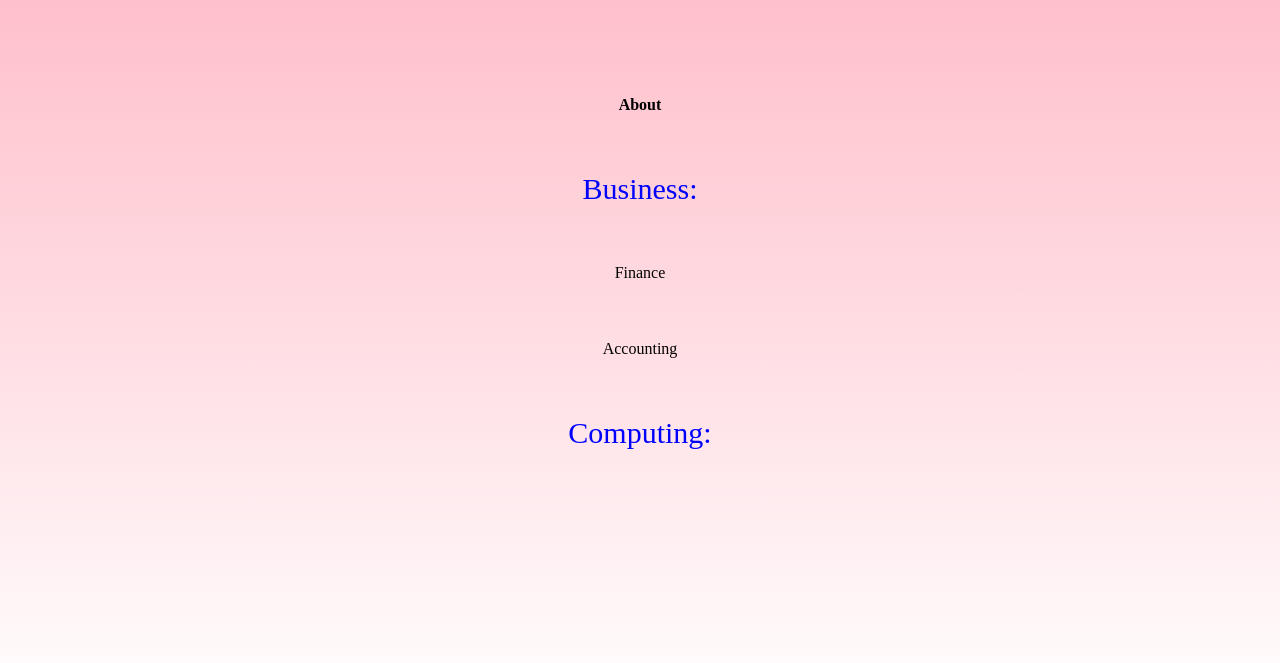
Repository: anoncoderin/madhu-assignment3
Page: /
An editor plug-in stored every save of this project. The page is shown before and after the next save, followed by the edit.
The browser window is 1280 px wide. The pictures show the whole page.
The project was rebuilt for these pictures with package versions that can differ from the ones it lists, and the page was loaded fresh each time. The framework's server and built-in components were replaced by stand-ins that run in the browser. Also part of the build but not shown: next.config.js.

Above is the page before, as saved 2023-01-21 11:05:28.

### pages/index.js
import Head from 'next/head'
import Image from 'next/image'
import { Inter } from '@next/font/google'
import styles from '@/styles/Home.module.css'
import { useState } from 'react'
import data from '../data/education.json'
import Link from 'next/link'
import Card from '../components/Card'

export default function Home() {
  console.log(data);
  const [information, setInformation] = useState([...data])
  return (
    <>
      <Head>

      </Head>
      <main className={styles.main}>

        <p>
          <Link href="about"><b>About</b></Link>
        </p>

      <div className={styles.heading}>Business:</div>
      {
        information && information.map((info, index)=>{
          if(info.department === "Business"){
            return(
              <div key={index}> {info.degree}</div>
            )
          }
        })
      }
      <div className={styles.heading}>Computing:</div>
      {
        information && information.map((info, index)=>{
          if(info.department === "Computing"){
            return(
              <Card key={index} degree={info.degree}></Card>
            )
          }
        })
      }

      </main>
    </>
  )
}

### styles/globals.css
:root {
  --max-width: 1100px;
  --border-radius: 12px;
  --font-mono: ui-monospace, Menlo, Monaco, 'Cascadia Mono', 'Segoe UI Mono',
    'Roboto Mono', 'Oxygen Mono', 'Ubuntu Monospace', 'Source Code Pro',
    'Fira Mono', 'Droid Sans Mono', 'Courier New', monospace;

  --foreground-rgb: 0, 0, 0;
  --background-start-rgb: 255, 192, 203;
  --background-end-rgb: 255, 255, 255;

  --primary-glow: conic-gradient(
    from 180deg at 50% 50%,
    hsla(78, 61%, 87%, 0.2) 0deg,
    #0885ff33 55deg,
    #54d6ff33 120deg,
    #0071ff33 160deg,
    transparent 360deg
  );
  --secondary-glow: radial-gradient(
    rgba(255, 255, 255, 1),
    rgba(255, 255, 255, 0)
  );

  --tile-start-rgb: 239, 245, 249;
  --tile-end-rgb: 228, 232, 233;
  --tile-border: conic-gradient(
    #00000080,
    #00000040,
    #00000030,
    #00000020,
    #00000010,
    #00000010,
    #00000080
  );

  --callout-rgb: 238, 240, 241;
  --callout-border-rgb: 172, 175, 176;
  --card-rgb: 180, 185, 188;
  --card-border-rgb: 131, 134, 135;
}

@media (prefers-color-scheme: dark) {
  :root {
    --foreground-rgb: 255, 255, 255;
    --background-start-rgb: 0, 0, 0;
    --background-end-rgb: 0, 0, 0;

    --primary-glow: radial-gradient(rgba(1, 65, 255, 0.4), rgba(1, 65, 255, 0));
    --secondary-glow: linear-gradient(
      to bottom right,
      rgba(1, 65, 255, 0),
      rgba(1, 65, 255, 0),
      rgba(1, 65, 255, 0.3)
    );

    --tile-start-rgb: 2, 13, 46;
    --tile-end-rgb: 2, 5, 19;
    --tile-border: conic-gradient(
      #ffffff80,
      #ffffff40,
      #ffffff30,
      #ffffff20,
      #ffffff10,
      #ffffff10,
      #ffffff80
    );

    --callout-rgb: 20, 20, 20;
    --callout-border-rgb: 108, 108, 108;
    --card-rgb: 100, 100, 100;
    --card-border-rgb: 200, 200, 200;
  }
}

* {
  box-sizing: border-box;
  padding: 0;
  margin: 0;
}

html,
body {
  max-width: 100vw;
  overflow-x: hidden;
}

body {
  color: rgb(var(--foreground-rgb));
  background: linear-gradient(
      to bottom,
      transparent,
      rgb(var(--background-end-rgb))
    )
    rgb(var(--background-start-rgb));
}

a {
  color: inherit;
  text-decoration: none;
}

@media (prefers-color-scheme: dark) {
  html {
    color-scheme: dark;
  }
}

### styles/Home.module.css
.main {
  display: flex;
  flex-direction: column;
  justify-content: space-between;
  align-items: center;
  padding: 6rem;
  min-height: 100vh;
}

.heading{
  color: blue;
  font-size: 30px;
}

.degree{
  display: flex;
  flex-direction: column;

  gap: 5px;
}

.description {
  display: inherit;
  justify-content: inherit;
  align-items: inherit;
  font-size: 0.85rem;
  max-width: var(--max-width);
  width: 100%;
  z-index: 2;
  font-family: var(--font-mono);
}

.description a {
  display: flex;
  justify-content: center;
  align-items: center;
  gap: 0.5rem;
}

.description p {
  position: relative;
  margin: 0;
  padding: 1rem;
  background-color: rgba(var(--callout-rgb), 0.5);
  border: 1px solid rgba(var(--callout-border-rgb), 0.3);
  border-radius: var(--border-radius);
}

.code {
  font-weight: 700;
  font-family: var(--font-mono);
}

.grid {
  display: grid;
  grid-template-columns: repeat(4, minmax(25%, auto));
  width: var(--max-width);
  max-width: 100%;
}

.card {
  padding: 1rem 1.2rem;
  border-radius: var(--border-radius);
  background: rgba(var(--card-rgb), 0);
  border: 1px solid rgba(var(--card-border-rgb), 0);
  transition: background 200ms, border 200ms;
}

.card span {
  display: inline-block;
  transition: transform 200ms;
}

.card h2 {
  font-weight: 600;
  margin-bottom: 0.7rem;
}

.card p {
  margin: 0;
  opacity: 0.6;
  font-size: 0.9rem;
  line-height: 1.5;
  max-width: 30ch;
}

.center {
  display: flex;
  justify-content: center;
  align-items: center;
  position: relative;
  padding: 4rem 0;
}

.center::before {
  background: var(--secondary-glow);
  border-radius: 50%;
  width: 480px;
  height: 360px;
  margin-left: -400px;
}

.center::after {
  background: var(--primary-glow);
  width: 240px;
  height: 180px;
  z-index: -1;
}

.center::before,
.center::after {
  content: '';
  left: 50%;
  position: absolute;
  filter: blur(45px);
  transform: translateZ(0);
}

.logo,
.thirteen {
  position: relative;
}

.thirteen {
  display: flex;
  justify-content: center;
  align-items: center;
  width: 75px;
  height: 75px;
  padding: 25px 10px;
  margin-left: 16px;
  transform: translateZ(0);
  border-radius: var(--border-radius);
  overflow: hidden;
  box-shadow: 0px 2px 8px -1px #0000001a;
}

.thirteen::before,
.thirteen::after {
  content: '';
  position: absolute;
  z-index: -1;
}

/* Conic Gradient Animation */
.thirteen::before {
  animation: 6s rotate linear infinite;
  width: 200%;
  height: 200%;
  background: var(--tile-border);
}

/* Inner Square */
.thirteen::after {
  inset: 0;
  padding: 1px;
  border-radius: var(--border-radius);
  background: linear-gradient(
    to bottom right,
    rgba(var(--tile-start-rgb), 1),
    rgba(var(--tile-end-rgb), 1)
  );
  background-clip: content-box;
}

/* Enable hover only on non-touch devices */
@media (hover: hover) and (pointer: fine) {
  .card:hover {
    background: rgba(var(--card-rgb), 0.1);
    border: 1px solid rgba(var(--card-border-rgb), 0.15);
  }

  .card:hover span {
    transform: translateX(4px);
  }
}

@media (prefers-reduced-motion) {
  .thirteen::before {
    animation: none;
  }

  .card:hover span {
    transform: none;
  }
}

/* Mobile */
@media (max-width: 700px) {
  .content {
    padding: 4rem;
  }

  .grid {
    grid-template-columns: 1fr;
    margin-bottom: 120px;
    max-width: 320px;
    text-align: center;
  }

  .card {
    padding: 1rem 2.5rem;
  }

  .card h2 {
    margin-bottom: 0.5rem;
  }

  .center {
    padding: 8rem 0 6rem;
  }

  .center::before {
    transform: none;
    height: 300px;
  }

  .description {
    font-size: 0.8rem;
  }

  .description a {
    padding: 1rem;
  }

  .description p,
  .description div {
    display: flex;
    justify-content: center;
    position: fixed;
    width: 100%;
  }

  .description p {
    align-items: center;
    inset: 0 0 auto;
    padding: 2rem 1rem 1.4rem;
    border-radius: 0;
    border: none;
    border-bottom: 1px solid rgba(var(--callout-border-rgb), 0.25);
    background: linear-gradient(
      to bottom,
      rgba(var(--background-start-rgb), 1),
      rgba(var(--callout-rgb), 0.5)
    );
    background-clip: padding-box;
    backdrop-filter: blur(24px);
  }

  .description div {
    align-items: flex-end;
    pointer-events: none;
    inset: auto 0 0;
    padding: 2rem;
    height: 200px;
    background: linear-gradient(
      to bottom,
      transparent 0%,
      rgb(var(--background-end-rgb)) 40%
    );
    z-index: 1;
  }
}

/* Tablet and Smaller Desktop */
@media (min-width: 701px) and (max-width: 1120px) {
  .grid {
    grid-template-columns: repeat(2, 50%);
  }
}

@media (prefers-color-scheme: dark) {
  .vercelLogo {
    filter: invert(1);
  }

  .logo,
  .thirteen img {
    filter: invert(1) drop-shadow(0 0 0.3rem #ffffff70);
  }
}

@keyframes rotate {
  from {
    transform: rotate(360deg);
  }
  to {
    transform: rotate(0deg);
  }
}

### data/education.json
[
        {
            "studentNumber": "A0004567",
            "firstName": "Person 1",
            "gpa": 3.8,
            "department": "Business",
            "degree": "Finance",
            "graduted": 2014
        },
        {
            "studentNumber": "A0001234",
            "firstName": "Person 2",
            "gpa": 3.5,
            "department": "Business",
            "degree": "Accounting",
            "graduted": 2010
        },
        {
            "studentNumber": "A0007890",
            "firstName": "Person 3",
            "gpa": 3.2,
            "department": "Computing",
            "degree": "Applied Software Development Certificate",
            "graduted": 2018
        },
        {
            "studentNumber": "A0007828",
            "firstName": "Person 4",
            "gpa": 3.9,
            "department": "Computing",
            "degree": "Computer Systems Diploma",
            "graduted": 2021
        },
        {
            "studentNumber": "A0003425",
            "firstName": "Person 5",
            "gpa": 3.2,
            "department": "Computing",
            "degree": "Applied Computer Information Systems Certificate",
            "graduted": 2021
        }

]

### components/Card/index.js
export default function Card(
    {
        degree="none",
        color="purple",
        font=0,
        image='icon/personTwo.png'
    }
){
    return(
        <div  style={{backgroundcolor:color, fontSize:font }}>

           <p> {degree}
            {degree}</p>
        </div>
    )
}

Loaded but not shown: pages/_app.js (common file); pages/_document.js (common file)

After the next save:
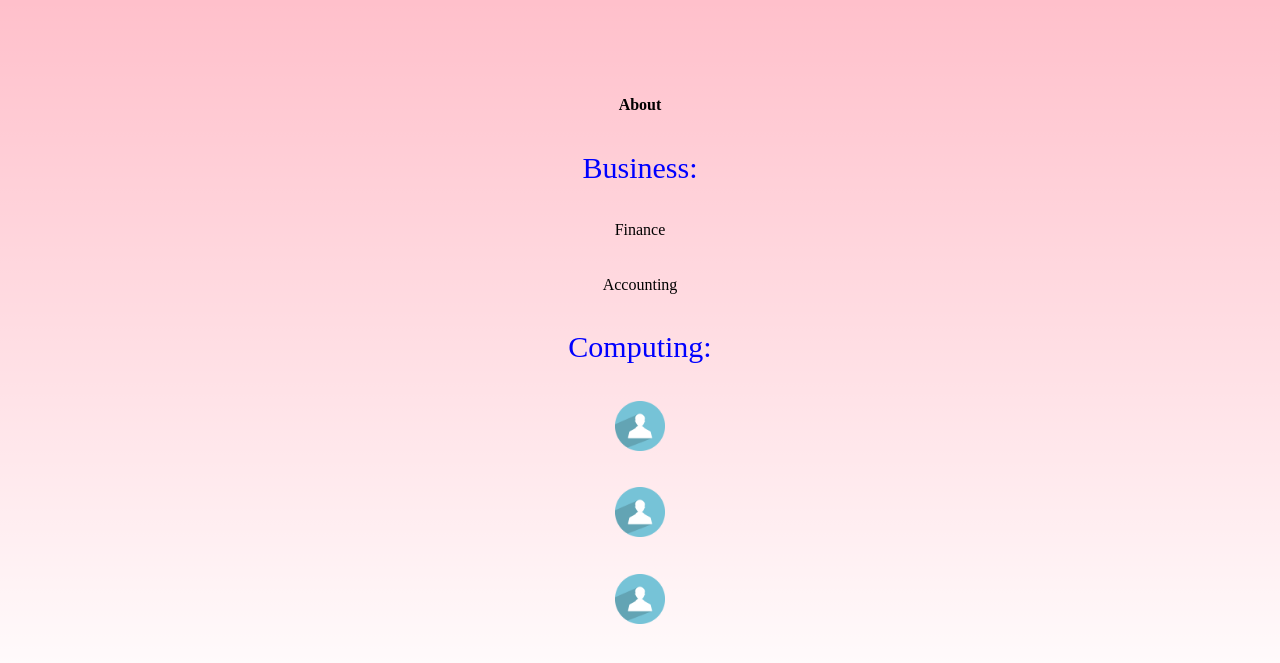
Saved 8 s later.
--- a/components/Card/index.js
+++ b/components/Card/index.js
@@ -8,7 +8,7 @@
 ){
     return(
         <div  style={{backgroundcolor:color, fontSize:font }}>
-
+           <img src={'icon/person.png'} width="50px"></img>
            <p> {degree}
             {degree}</p>
         </div>
